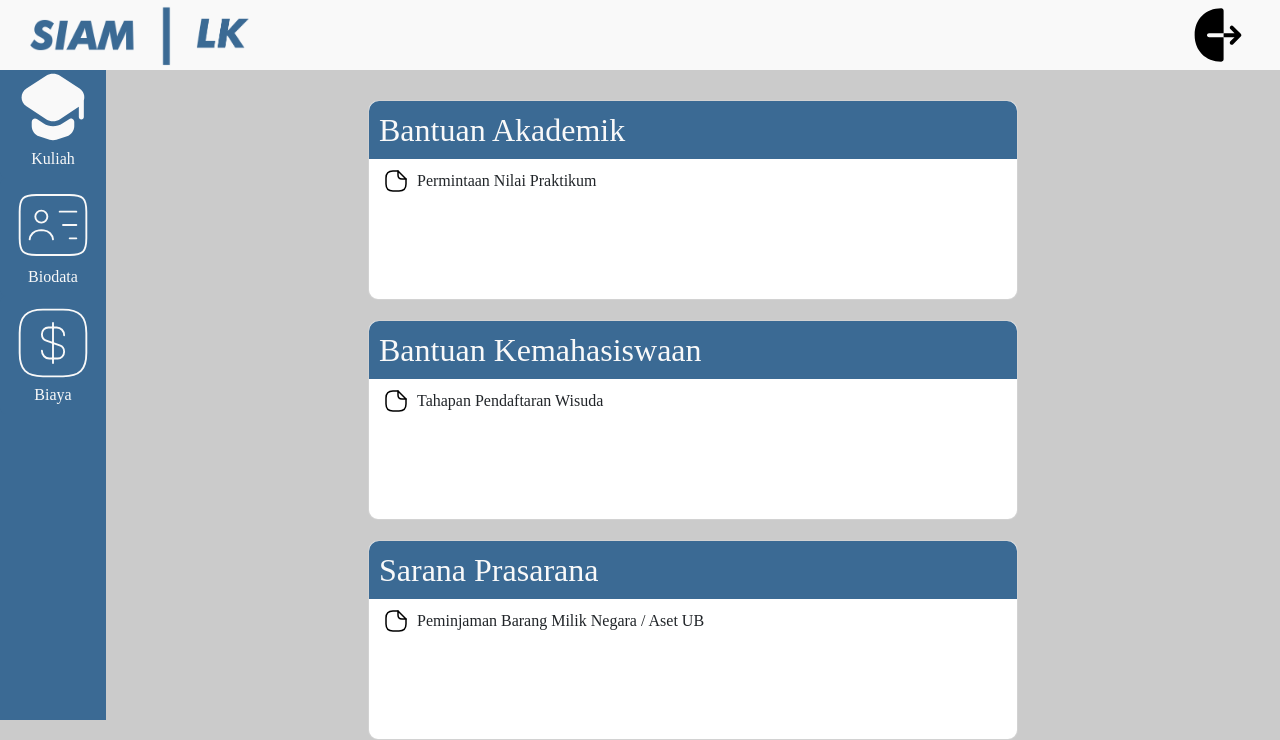
Repository: haikalirf/Project-IMK
Page: knowledgebase.html
The author's editor kept a copy of each file at every save. The page is drawn from the files as they stood at one save, then again after the next save.
The browser window is 1280 px wide. The pictures show the whole page.
Some web fonts or font styles are not loaded; a fallback is used.

Above is the page before, as saved 2022-12-15 11:07:17.
Not found: scripts/.js

### knowledgebase.html
<!DOCTYPE html>
<html lang="en">
<head>
	<meta charset="UTF-8">
	<meta http-equiv="X-UA-Compatible" content="IE=edge">
	<meta name="viewport" content="width=device-width, initial-scale=1.0">
	<title>SIAM</title>
	<link rel="icon" href="/assets/logo_ub.ico">
	<link rel="stylesheet" href="https://cdn.jsdelivr.net/npm/bootstrap@5.2.3/dist/css/bootstrap.min.css" integrity="sha384-rbsA2VBKQhggwzxH7pPCaAqO46MgnOM80zW1RWuH61DGLwZJEdK2Kadq2F9CUG65" crossorigin="anonymous">
	<link rel="stylesheet" href="/styles/knowledgebase.css">
</head>
<body>
	<nav class="navbar" id="navbar">
		<div class="navbar-left">
			<a class="navbar-brand" href="/kuliah.html">
				<img class="navbar-image" src="/assets/SIAM.png" alt="SIAM">
			</a>
			<img src="/assets/Garis.svg" alt="">
			<a class="navbar-extra" href="kemahasiswaan.html">
				<img class="navbar-image" src="assets/LK.png" alt="Layanan Kemahasiswaan">
			</a>
		</div>
		<a class="navbar-link" href="landing.html">
			<img id="navbar-image" src="/assets/Logout.svg" alt="Logout">
		</a>
	</nav>
	<div class="mh-100" id="sidebar">
		<a class="btn" href="kuliah.html">
			<img id="sidebar-kuliah" src="/assets/Kuliah Logo.svg" alt="Kuliah">
			<label for="sidebar-kuliah">Kuliah</label>
		</a>
		<a class="btn" href="">
			<img id="sidebar-biodata" src="/assets/Biodata Logo Kosong.svg" alt="Biodata">
			<label for="sidebar-biodata">Biodata</label>
		</a>
		<a class="btn" href="">
			<img id="sidebar-biaya" src="/assets/Biaya Logo Kosong.svg" alt="Biaya">
			<label for="sidebar-biaya">Biaya</label>
		</a>
	</div>
	<main>
		<div class="card">
			<h2>Bantuan Akademik</h2>
			<ul class="list-group-flush">
				<li class="list-group-item">
					<img class="icon" src="assets/Logo Docs.svg" alt="">
					<p>Permintaan Nilai Praktikum</p>
					<a href="">
						<span class="link-spanner"></span>
					</a>
				</li>
			</ul>
		</div>
		<div class="card">
			<h2>Bantuan Kemahasiswaan</h2>
			<ul class="list-group-flush">
				<li class="list-group-item">
					<img class="icon" src="assets/Logo Docs.svg" alt="">
					<p>Tahapan Pendaftaran Wisuda</p>
					<a href="">
						<span class="link-spanner"></span>
					</a>
				</li>
			</ul>
		</div>
		<div class="card">
			<h2>Sarana Prasarana</h2>
			<ul class="list-group-flush">
				<li class="list-group-item">
					<img class="icon" src="assets/Logo Docs.svg" alt="">
					<p>Peminjaman Barang Milik Negara / Aset UB</p>
					<a href="">
						<span class="link-spanner"></span>
					</a>
				</li>
			</ul>
		</div>
	</main>
	<script src="https://cdn.jsdelivr.net/npm/bootstrap@5.2.3/dist/js/bootstrap.bundle.min.js" integrity="sha384-kenU1KFdBIe4zVF0s0G1M5b4hcpxyD9F7jL+jjXkk+Q2h455rYXK/7HAuoJl+0I4" crossorigin="anonymous"></script>
	<script src="/scripts/.js"></script>
</body>
</html>

### styles/knowledgebase.css
/* CSS Reset */
/*
	Josh's Custom CSS Reset
	https://www.joshwcomeau.com/css/custom-css-reset/
*/
*, *::before, *::after {
	box-sizing: border-box;
}
  * {
	margin: 0;
}
html, body {
	height: 100%;
}
body {
	line-height: 1.5;
	-webkit-font-smoothing: antialiased;
}
img, picture, video, canvas, svg {
	display: block;
	max-width: 100%;
}
input, button, textarea, select {
	font: inherit;
}
p, h1, h2, h3, h4, h5, h6 {
	overflow-wrap: break-word;
}
#root, #__next {
	isolation: isolate;
}
/* CSS Reset ends */

body {
	background-color: #cbcbcb;
	font-family: 'readex';
	font-size: 16px;
}

@font-face {
	font-family: 'readex';
	src:url('/assets/fonts/ReadexPro-Medium.ttf');
}

#navbar {
	display: flex;
	justify-content: space-between;
	position: fixed;
	background-color: #f9f9f9;
	z-index: 1;
	width: 100%;
	padding: 0px 30px;
}

.navbar-left {
	display: flex;
	align-items: center;
}

.navbar-image {
	height: 50px;
}

.navbar-extra {
	padding-bottom: 5px;
	margin-left: 15px;
}

main {
	padding-top: 100px;
	padding-left: 106px;
	display: flex;
	flex-direction: column;
	align-items: center;
	height: 100vh;
	gap: 20px;
}

#sidebar {
	background-color: #3b6a94;
	display: flex;
	flex-direction: column;
	flex: 1;
	position: fixed;
	height: 100vh;
	padding-top: 60px;
}

#sidebar a:hover {
	background-color: #266093;
}

#sidebar img {
	width: 80px;
	height: 80px;
}

a img, a label {
	color: #f9f9f9;
}

.btn {
	background-color: #3b6a94;
}

.btn:hover {
	background-color: #266093;
}

.link-spanner{
	position:absolute;
	width:100%;
	height:100%;
	top:0;
	left: 0;
	z-index: 1;
}

.card {
	width: 650px;
	height: 200px;
	min-height: 200px;
	border-radius: 10px;
}

.card h2 {
	background-color: #3b6a94;
	color: #f9f9f9;
	border-radius: 10px 10px 0px 0px;
	padding: 10px;
}

.list-group-flush {
	padding-left: 15px;
}

.list-group-item *{
	display: inline;
}

.list-group-item p {
	vertical-align: middle;
	padding-left: 5px;
}

@media (max-width: 620px) {
	.card {
		width: 90%;
	}
}

After the next save:
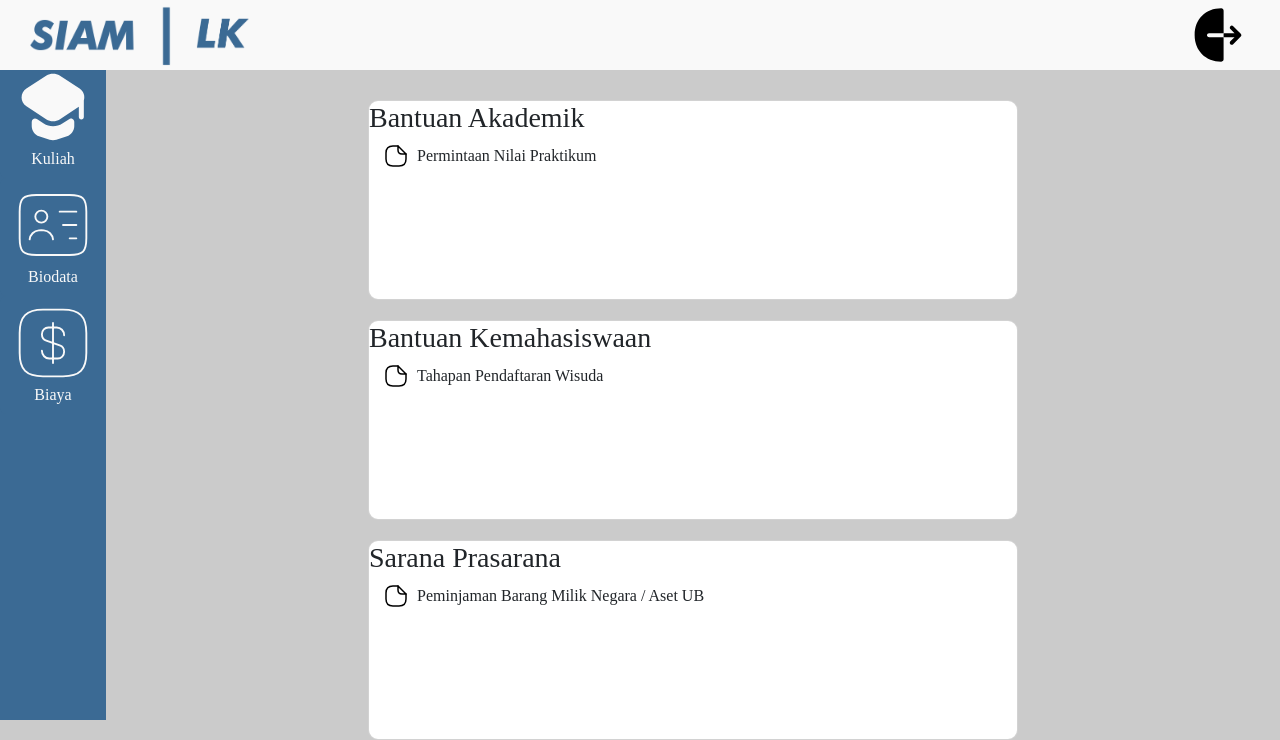
Saved 23 s later.
--- a/knowledgebase.html
+++ b/knowledgebase.html
@@ -40,7 +40,7 @@
 	</div>
 	<main>
 		<div class="card">
-			<h2>Bantuan Akademik</h2>
+			<h3>Bantuan Akademik</h3>
 			<ul class="list-group-flush">
 				<li class="list-group-item">
 					<img class="icon" src="assets/Logo Docs.svg" alt="">
@@ -52,7 +52,7 @@
 			</ul>
 		</div>
 		<div class="card">
-			<h2>Bantuan Kemahasiswaan</h2>
+			<h3>Bantuan Kemahasiswaan</h3>
 			<ul class="list-group-flush">
 				<li class="list-group-item">
 					<img class="icon" src="assets/Logo Docs.svg" alt="">
@@ -64,7 +64,7 @@
 			</ul>
 		</div>
 		<div class="card">
-			<h2>Sarana Prasarana</h2>
+			<h3>Sarana Prasarana</h3>
 			<ul class="list-group-flush">
 				<li class="list-group-item">
 					<img class="icon" src="assets/Logo Docs.svg" alt="">
